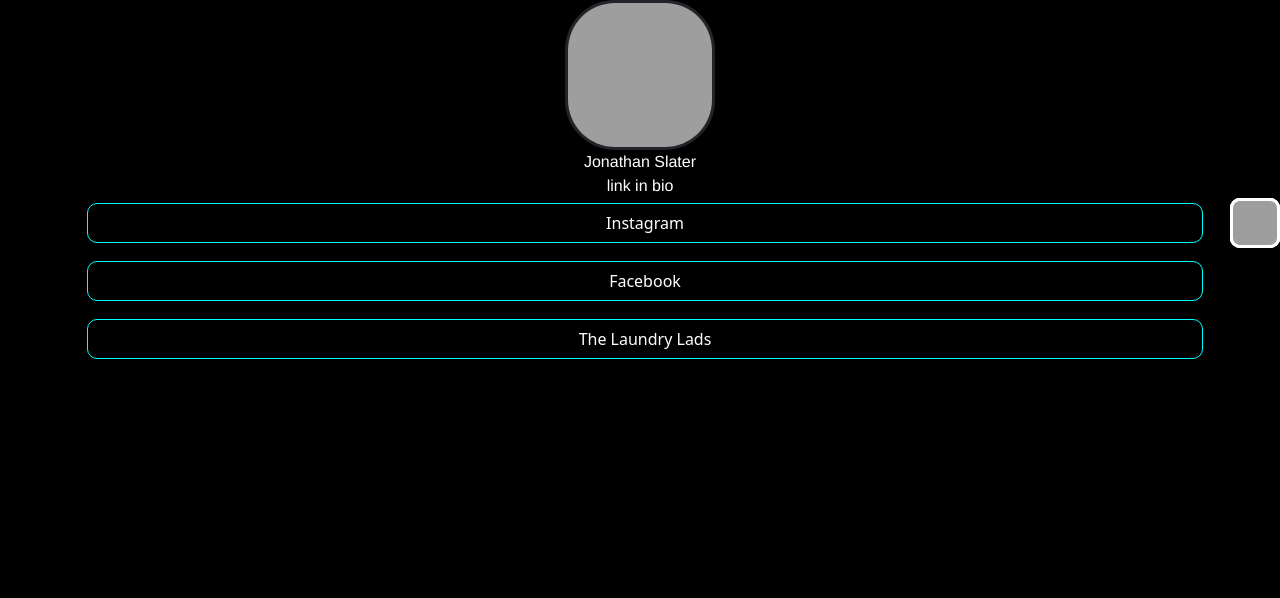
Repository: jontslater/LAB-link-in-bio
Page: index.html
These files come from the project's save history. The page is drawn as it stood at one moment and after the next save; the edit follows.
The browser window is 1280 px wide. The pictures show the whole page.
Pictures or frames that could not be fetched are drawn as grey boxes.

Above is the page before, as saved 2023-10-15 15:06:27.

### index.html
<!DOCTYPE html>
<html lang="en">
<head>
  <meta charset="UTF-8">
  <meta name="viewport" content="width=device-width, initial-scale=1.0">
  <title>linkinbio</title>
    <link href="https://cdn.jsdelivr.net/npm/bootstrap@5.1.3/dist/css/bootstrap.min.css" rel="stylesheet" integrity="sha384-1BmE4kWBq78iYhFldvKuhfTAU6auU8tT94WrHftjDbrCEXSU1oBoqyl2QvZ6jIW3" crossorigin="anonymous">
   <script src="main.js"></script>
  <link rel="stylesheet" href="main.css">

</head>
<body>

<div class="container">



  <img src="https://images.squarespace-cdn.com/content/v1/5b4d6d0b4cde7aa9fbec4fba/1537653096550-J9E52XLPZITJTOB32UZU/DSC03367.jpg?format=1000w"
  width="150";
  height="150";
  alt="alternatetext" class="photo">

<div class="Jon">Jonathan Slater</div>
<div class="Jon">link in bio</div>

<img src="https://www.freepnglogos.com/elon-musk-twitter-rebrand-x-logo-2.png" alt="alternatetext" class="social">
<img src="https://upload.wikimedia.org/wikipedia/commons/thumb/8/8b/YouTube_dark_icon_%282017%29.svg/2560px-YouTube_dark_icon_%282017%29.svg.png" alt="alternatetext" class="social">
<img src="https://image.similarpng.com/very-thumbnail/2020/06/Black-icon-Instagram-logo-transparent-PNG.png" alt="alternatetext" class="social">
<img src="https://cdn.icon-icons.com/icons2/2428/PNG/512/linkedin_black_logo_icon_147114.png" alt="alternatetext" class="social">

<div class="d-grid gap-2">
    <button class="buttons" type="button">Instagram</button>
    <button class="buttons" type="button">Facebook</button>
    <button class="buttons" type="button">The Laundry Lads</button>
  </div>


  <script src="https://cdn.jsdelivr.net/npm/bootstrap@5.1.3/dist/js/bootstrap.bundle.min.js" integrity="sha384-ka7Sk0Gln4gmtz2MlQnikT1wXgYsOg+OMhuP+IlRH9sENBO0LRn5q+8nbTov4+1p" crossorigin="anonymous"></script>
</div>
</body>
</html>

### main.js
console.log("This is a bio");

### main.css
body{
  background-color: black;
}

.buttons{
  background-color:black;
  border-style: solid;
  border-color: aqua;
  border-width: thin;
  color:white;
  width: 100%;
  height: 40px;
  margin: 5px;
  border-radius: 10px;
}

.container{
  margin:auto;
  width: 200;

}

.Jon{
  color:white;
  text-align: center;
  margin: auto;
  font-style: normal sans-serif;
  font-family: 'Franklin Gothic Medium', 'Arial Narrow', Arial, sans-serif;
}

.photo{
  display: block;
  margin-left: auto;
  margin-right: auto;
  border-style: solid;
  border-radius: 50px
}

.social{
  height: 90px;
  width: 90px;
  background-color:white;
  color:white;
  width:  50px;
  height: 50px;
  border-radius: 10px;
  border-style: solid;
  display: block;
  margin: auto;
  position: absolute;
  right: 0%;
}

After the next save:
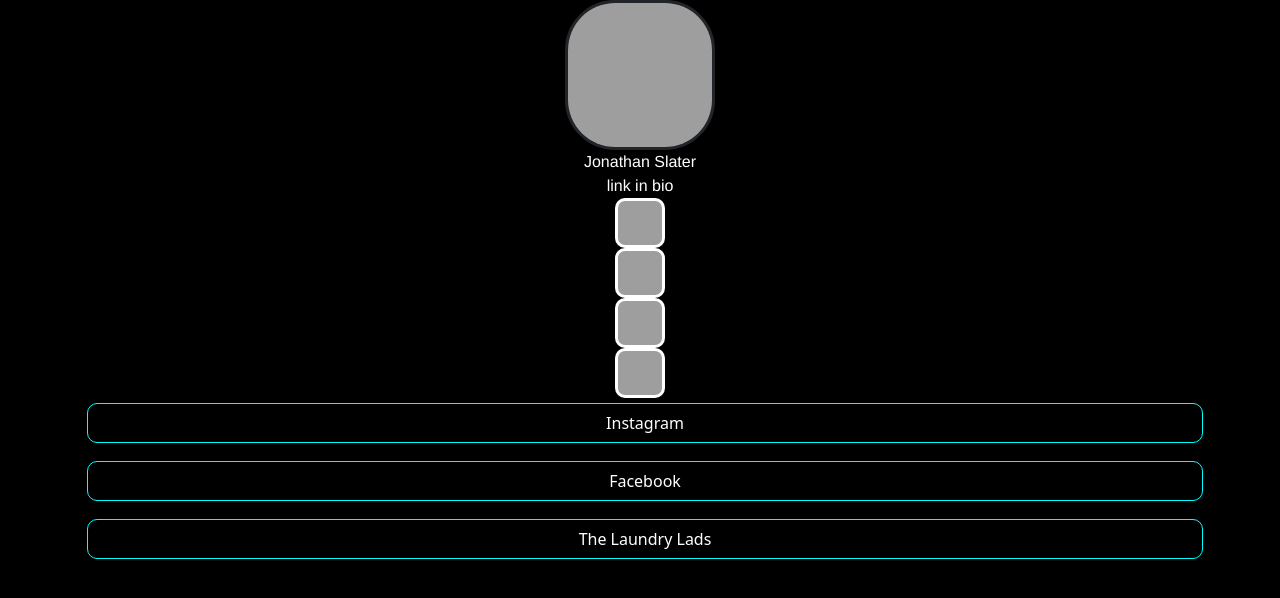
Saved 18 s later.
--- a/main.css
+++ b/main.css
@@ -47,6 +47,4 @@
   border-style: solid;
   display: block;
   margin: auto;
-  position: absolute;
-  right: 0%;
 }
